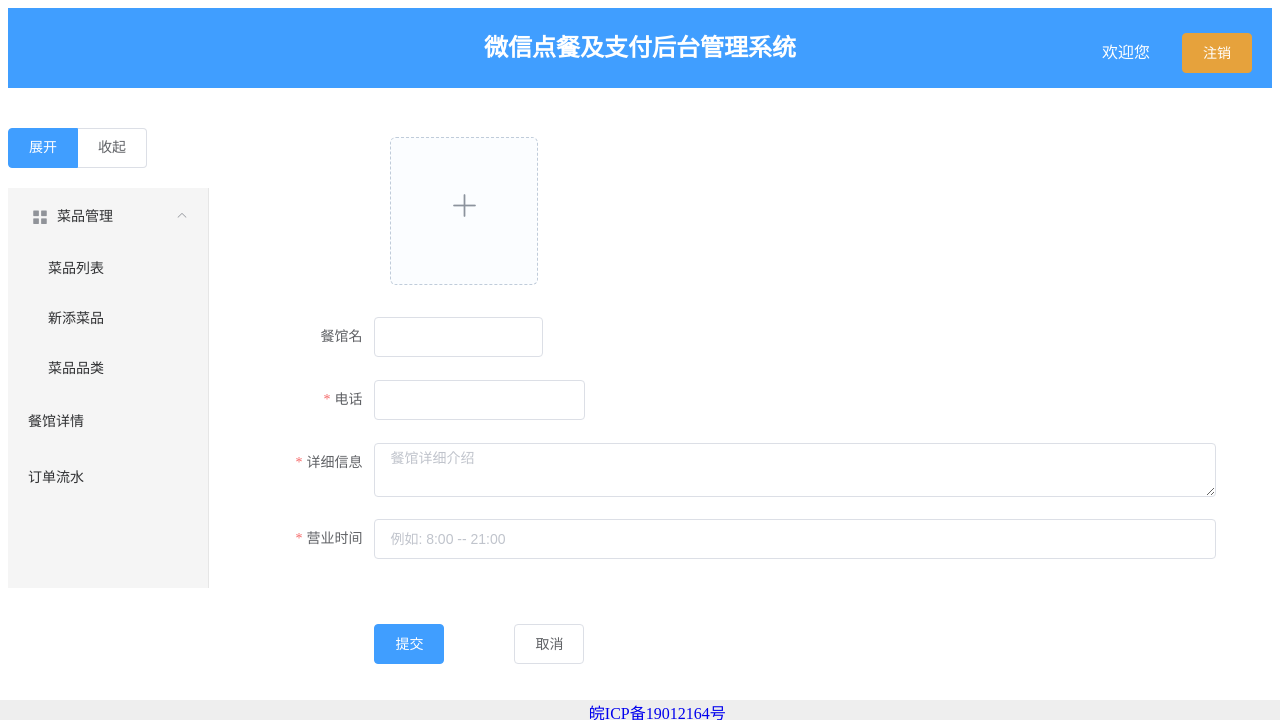
Repository: align-shi/order-web
Page: /pointpayment/hotelTable
An editor plug-in stored every save of this project. The page is shown before and after the next save, followed by the edit.
The browser window is 1280 px wide. The pictures show the whole page.
The page's requests for data from a server got no answer. The project was rebuilt for these pictures with package versions that can differ from the ones it lists, and the page was loaded fresh each time. No one was signed in, and anything a server would have sent is missing. Also part of the build but not shown: src/pages/login.vue.

Above is the page before, as saved 2020-03-11 21:05:22.

### index.html
<!DOCTYPE html>
<html>
  <head>
    <meta charset="utf-8">
    <meta name="viewport" content="width=device-width,initial-scale=1.0">
    <title>pointpayment_ele</title>
  </head>
  <body>
    <div id="app"></div>
    <!-- built files will be auto injected -->
  </body>
  <div style="position: fixed;left: 0px;bottom: 0px;width: 100%;height:20px;background-color: #eee;">
    <a href="http://www.beian.miit.gov.cn" target="_blank" style="margin-left: 46%">皖ICP备19012164号</a>
  </div>
</html>

### src/App.vue
<template>
  <div id="app">
    <transition name="fade" mode="out-in">
			<router-view></router-view>
		</transition>
  </div>
</template>

<script>
export default {
  name: 'App'
}
</script>

<style>
  .header{
    background-color: #409EFF;
    color: white;
    text-align: center;
  }
</style>

### src/pages/main.vue
<template>
    <div>
        <el-container>
            <el-header class="header" height="80px">
                <headers></headers>
            </el-header>
            <el-main>
                <!-- <span v-if="!user" class="loginFont">
                        <el-button type="success"  @click="login">点击登录</el-button>
                </span>   -->
                <div class="centerContent">
                    <transition name="fade" mode="out-in">
						<router-view></router-view>
					</transition>
                </div>

            </el-main>

            <el-aside>
                    <navMenuVue></navMenuVue>
            </el-aside>

        </el-container>

    </div>
</template>

<script>

    import headers from '../components/header.vue';
    import navMenuVue from '../components/NavMenu.vue';

    export default {

        created:function(){

        },
        methods: {
            login () {
                this.$router.replace('/login')
            },
            logout () {
                this.$store.dispatch('logout').then(() => {
                    this.$router.replace('/login')
                })
            },
            dataPath(){
                this.$router.replace('/dataTable')
            },
            getStatus (urlStr) {
                var urlStrArr = urlStr.split('/')
                return urlStrArr[urlStrArr.length - 1]
            }
        },

        computed: {
            user () {
                return this.$store.state.user
            }
        },
        components: {
            headers,
            navMenuVue,
            key() {
                return this.$route.name !== undefined? this.$route.name +new Date(): this.$route +new Date()
            }
         },
         watch:{
            '$route' (to, from) {
                // console.log(this.getStatus(this.$route.path))
             }
         }
    }
</script>
<style>

    .userContent{
        position: relative;
        top: -50px;
        float: right;
    }
    .centerContent{
        position: absolute;
        top: 19%;
        left:15%;
        width:80%;
    }
    .loginFont{
        top: 30%;
        position: absolute;
        left:46%;
    }
</style>

### src/components/createMenu.vue
<template>
    <div class="form">
          <el-upload
            class="upload"
            action=""
            list-type="picture-card"
            :on-preview="handlePictureCardPreview"
            :on-remove="handleRemove"
            :limit = 1
            :before-upload="UpladFile"
            >
            <!--  :on-change="saveFile"  :auto-upload="false"  :on-change="saveFile" :auto-upload="false" :before-upload="UpladFile" -->
            <i class="el-icon-plus"></i>
          </el-upload>
          <el-dialog :visible.sync="dialogVisible">
            <img width="100%" :src="dialogImageUrl" alt="">
          </el-dialog>

          <el-form :model="form" label-width="80px" :rules="formRules" ref="form">
            <el-form-item label="菜名" prop="dishes">
              <el-input v-model="form.dishes" auto-complete="off" style="width:40%"></el-input>
            </el-form-item>

            <el-form-item label="价格" prop="price">
              <el-input v-model="form.price" auto-complete="off" style="width:10%"></el-input>
            </el-form-item>

            <el-form-item label="菜品类别" prop="typeId">
              <el-select clearable  v-model="form.typeId" placeholder="菜品类别" autocomplete="off"
                      style="width: 30%">
              <el-option v-for="item in typeList" :key="item.id" :label="item.typeName"
                        :value="item.id"></el-option>
              </el-select>
            </el-form-item>
          </el-form>

        <div class="buttons">
            <el-button type="primary" @click.native="submit" :loading="submitLoading">提交</el-button>
            <el-button @click.native="clean" style="margin-left:5em;">取消</el-button>
        </div>

    </div>
</template>
<script>
    export default {

        data(){
            return{
                file:{},
                dialogVisible:false,
                dialogImageUrl:'',
                fileList:[],        //文件列表
                typeList:[],        //菜品类别表
                form: {             //提交表单
                  dishes:'',
                  price:'',
                  picture:'',
                  typeId:'',
                },
                submitLoading:false,
                uploadingFile:false,
                //表单验证
                formRules: {
                  dishes: [
                    { required: true, message: '请输入菜名', trigger: 'blur' },
                  ],
                  price: [
                    { required: true, message: '请输入价格', trigger: 'blur' },
                  ],
                  typeId:[
                    { required: true, message: '请输入菜品类别', trigger: 'blur' },
                  ],
                },
            }
        },
        created:function(){
            this.getTypeList()
        },
        methods: {
            // saveFile(file){
            //     this.file  = file.raw;
            //     this.fileList = [...this.fileList, this.file];
            // },
            submit(){
                this.$refs.form.validate((valid) => {
					if (valid) {
						this.$confirm('确认提交吗？', '提示', {}).then(() => {
                        this.submitLoading = true;
                        let para = Object.assign({}, this.form);
							// para.publishingDate = (!para.publishingDate || para.publishingDate == '') ? '':util.formatDate.format(new Date(para.publishingDate), 'yyyy-MM-dd');
                            this.submitMenu(para);
						});
					}
				});
            },
            submitMenu:function(para){
                // alert(JSON.stringify(para));
                this.$axios.post('/menu/insert',para).then((res) => {
                    if(res.data!=null){
                        this.$message.success('提交成功');
                    }
                    this.$refs['form'].resetFields();
                    this.editLoading = false;

                }).catch(function(error){
                        console.log(error);
                })
            },
            getTypeList(){
                this.$axios.post('/type/list').then((res) =>{
                this.typeList = res.data;
                })
            },
            handleRemove(file, fileList) {
                console.log(file, fileList);
            },
            handlePictureCardPreview(file) {
                this.dialogImageUrl = file.url;
                this.dialogVisible = true;
            },
            a(){

            },
            UpladFile(file){

                this.fileList = [...this.fileList,file];
                const formData = new FormData();
                var list = this.fileList;
                var that = this;
                list.forEach((file) => {
                    console.log(file);
                    formData.append('files',file);
                });

                formData.append('path','pic');
                this.$axios.post('/file/uploadFile',formData).then((res) => {
                    if(res.data!=null){
                        this.fileList= [];
                        this.form.picture = res.data[0];

                    }
                }).catch(function(error){
                    this.uploadingFile = false;
                })
                this.uploadingFile = false;
            }
        },
        computed: {

        }
    }
</script>
<style>
    .upload{
      margin-left: 6em;
      margin-bottom: 2em;
    }

    .form{
        margin-top:2%;
        margin-left:20%;
    }

    .buttons{
        margin-top:4em;
        margin-left:5em;
    }
</style>

### src/components/orderTable.vue
<template>
    <div>
        <div style="margin-bottom: 1em;">
            <el-col :span="2">
                <el-input v-model="order.tablenumber"  placeholder="请输入桌号名"></el-input>
            </el-col>

            <el-col :span="5" :offset="1">
                <el-input v-model="order.wxaccount"  placeholder="顾客微信名" ></el-input>
            </el-col>
            <el-button @click="search" icon="el-icon-search">搜索</el-button>
        </div>


        <el-table ref="multipleTable" :data="tableData.slice((currentPage-1)*pageSize,currentPage*pageSize)" border style="width: 100%"
            @selection-change="handleSelectionChange" :cell-style="cellStyle" :header-cell-style="rowClass">


            <el-table-column type="expand">
                <template slot-scope="props">
                    <el-form label-position="left" inline class="demo-table-expand">
                        <div>
                            <el-card class="box-card" shadow="hover" v-for="(item,i) in props.row.carts" :key="i"
                                style="float:left;margin-left:1em;margin-bottom:.5em;background-color:#F5F5F5">
                                菜品 : {{item.dishes}}   &#12288;&#12288;单价 : {{item.price}}    &#12288;&#12288;数量 : {{item.quantity}}
                            </el-card>
                        </div>

                    </el-form>
                </template>
            </el-table-column>

            <el-table-column prop="openId" label="用户标识" show-overflow-tooltip width="140"></el-table-column>
            <el-table-column prop="wxaccount" label="顾客微信名" align="center"></el-table-column>
            <el-table-column prop="tablenumber" label="桌号" show-overflow-tooltip width="200"></el-table-column>
            <el-table-column prop="money" label="总额(元)" width="100"></el-table-column>

            <el-table-column label="操作">
            <template slot-scope="scope">
                <el-button type="warning" plain @click="handleChangeStatus(scope.$index, scope.row)" v-show="scope.row.status == 1">
                  请求处理    <i class="el-icon-loading"></i>
                </el-button>
                <div v-show="scope.row.status == 2"> 已处理&#12288;<i class="el-icon-check"></i></div>
                <!-- <i class="el-icon-check" v-show="scope.row.status == 2"></i> -->
            </template>
          </el-table-column>
        </el-table>

        <el-pagination background
            @size-change="handleSizeChange"
            @current-change="handleCurrentChange"
            :current-page="currentPage"
            :page-sizes="[5,10,50, 100]"
            :page-size="pageSize"
            layout="total, sizes, prev, pager, next, jumper"
            :total="total">
        </el-pagination>
    </div>
</template>

<script>
export default {
    data(){
        return {

                total:5,
                currentPage: 1,
　　　　　　　　　pageSize: 5,

                msg:"",//记录每一条的信息，便于取id

                tableData: [],
                multipleSelection: [],
                order:{
                    tablenumber:null,
                    wxaccount:''
                }

        }
    },

    created: function(){
      this.getPackData();
    },

    mounted() {
			this.getPackData();
    },
    methods: {

      getPackData() {

        this.$axios({
            method: 'post',
            url: '/order/getListBy',
            data:{}
        }).then((res) => {
            this.tableData = res.data;
            this.total=this.tableData.length;
            // alert(JSON.stringify(res.data));
        }).catch(function(error){
            console.log(error);
        })

      },
      search(){
        this.$axios({
            method: 'post',
            url: '/order/getListBy',
            data:this.order
        }).then((res) => {
            this.tableData = res.data;
            this.total=this.tableData.length;
            // alert(JSON.stringify(res.data));
        }).catch(function(error){
            console.log(error);
        })
      },
      toggleSelection(rows) {
          if (rows) {
              rows.forEach(function(row)  {
                  this.$refs.multipleTable.toggleRowSelection(row);
              });
          } else {
              this.$refs.multipleTable.clearSelection();
          }
      },
      handleSelectionChange(val) {
          this.multipleSelection = val;
      },
      callbackFunction(result) {
                alert(result + "aaa");
            },
      handleSizeChange(val){
        this.pageSize = val;
        this.currentPage = 1;
        // this.fetchData(1, val);
        // console.log(`每页 ${val} 条`);
      },
      handleCurrentChange(val){
        this.currentPage = val;
        // this.fetchData(val, this.pageSize);
        // console.log(`当前页: ${val}`);
      },
      cellStyle({row,column,rowIndex,columnIndex}){
        return "text-align:center;"
      },
      rowClass({row,rowIndex}){
        return "text-align:center;"
      },

      handleChangeStatus:function(index,row){

        this.$axios({
            method: 'post',
            url: '/order/handleOrder',
            params:{id:row.id}
        }).then((res) =>{
          if(res.data == true){
            this.$message.success('处理成功');
          }
          row.status = 2;
        }).catch(function(error){
          console.log(error)
          that.$message.error('处理失败')
        })

      }

    }

}
</script>
<style>
    .el-table th {
        text-align: center;
    }

    /* .el-table tbody tr td:first-child {
        text-align: center;
    } */
    .upload{
      margin-left: 6em;
      margin-bottom: 2em;
    }
</style>

### src/components/hotelTable.vue
<template>
    <div class="form">

        <el-upload
            class="upload"
            action=""
            list-type="picture-card"
            :on-preview="handlePictureCardPreview"
            :on-remove="handleRemove"
            :limit = 1
            :before-upload="UpladFile"
            >
            <!--  :on-change="saveFile"  :auto-upload="false"  :on-change="saveFile" :auto-upload="false" :before-upload="UpladFile" -->
            <i class="el-icon-plus"></i>
        </el-upload>
        <el-dialog :visible.sync="dialogVisible">
            <img width="100%" :src="dialogImageUrl" alt="">
        </el-dialog>

        <el-form :model="form" label-width="80px" :rules="formRules" ref="form">
            <el-form-item label="餐馆名" prop="name">
                <el-input v-model="form.dishes" auto-complete="off" style="width:20%"></el-input>
            </el-form-item>

            <el-form-item label="电话" prop="price">
                <el-input v-model="form.price" auto-complete="off" style="width:25%"></el-input>
            </el-form-item>

            <el-form-item label="详细信息" prop="price">
                <el-input type="textarea" rows="2" placeholder="餐馆详细介绍" v-model="textarea">
                </el-input>
            </el-form-item>

            <el-form-item label="营业时间" prop="price">
                <el-input  placeholder="例如: 8:00 -- 21:00" v-model="textarea">
                </el-input>
            </el-form-item>

        </el-form>

        <div class="buttons">
            <el-button type="primary" @click.native="submit" :loading="submitLoading">提交</el-button>
            <el-button @click.native="clean" style="margin-left:5em;">取消</el-button>
        </div>
    </div>
</template>
<script>
    export default {

        data(){
            return{
                file:{},
                dialogVisible:false,
                dialogImageUrl:'',
                fileList:[],        //文件列表
                typeList:[],        //菜品类别表
                form: {             //提交表单
                  dishes:'',
                  price:'',
                  picture:'',
                  typeId:'',
                },
                submitLoading:false,
                uploadingFile:false,
                //表单验证
                formRules: {
                  dishes: [
                    { required: true, message: '请输入菜名', trigger: 'blur' },
                  ],
                  price: [
                    { required: true, message: '请输入价格', trigger: 'blur' },
                  ],
                  typeId:[
                    { required: true, message: '请输入菜品类别', trigger: 'blur' },
                  ],
                },
            }
        },
        created:function(){
            this.getTypeList()
        },
        methods: {
            // saveFile(file){
            //     this.file  = file.raw;
            //     this.fileList = [...this.fileList, this.file];
            // },
            submit(){
                this.$refs.form.validate((valid) => {
					if (valid) {
						this.$confirm('确认提交吗？', '提示', {}).then(() => {
                        this.submitLoading = true;
                        let para = Object.assign({}, this.form);
							// para.publishingDate = (!para.publishingDate || para.publishingDate == '') ? '':util.formatDate.format(new Date(para.publishingDate), 'yyyy-MM-dd');
                            this.submitMenu(para);
						});
					}
				});
            },
            submitMenu:function(para){
                // alert(JSON.stringify(para));
                this.$axios.post('/menu/insert',para).then((res) => {
                    if(res.data!=null){
                        this.$message.success('提交成功');
                    }
                    this.$refs['form'].resetFields();
                    this.editLoading = false;

                }).catch(function(error){
                        console.log(error);
                })
            },
            getTypeList(){
                this.$axios.post('/type/list').then((res) =>{
                this.typeList = res.data;
                })
            },
            handleRemove(file, fileList) {
                console.log(file, fileList);
            },
            handlePictureCardPreview(file) {
                this.dialogImageUrl = file.url;
                this.dialogVisible = true;
            },
            a(){

            },
            UpladFile(file){

                this.fileList = [...this.fileList,file];
                const formData = new FormData();
                var list = this.fileList;
                var that = this;
                list.forEach((file) => {
                    console.log(file);
                    formData.append('files',file);
                });

                formData.append('path','pic');
                this.$axios.post('/file/uploadFile',formData).then((res) => {
                    if(res.data!=null){
                        this.fileList= [];
                        this.form.picture = res.data[0];

                    }
                }).catch(function(error){
                    this.uploadingFile = false;
                })
                this.uploadingFile = false;
            }
        },
        computed: {

        }
    }
</script>
<style>
    .upload{
      margin-left: 6em;
      margin-bottom: 2em;
    }

    .form{
        margin-top:0%;
        margin-left:10%;
    }

    .buttons{
        margin-top:4em;
        margin-left:5em;
    }
</style>

### src/components/header.vue
<template>
    <div id="header">
        <h2>微信点餐及支付后台管理系统</h2>
        <div class="userContent">
            <span>
                <label>欢迎您</label>&nbsp;&nbsp;&nbsp;{{this.username}}&nbsp;&nbsp;&nbsp;&nbsp;
                <el-button type="warning"  @click="login" style="">注销</el-button>
            </span>
        </div>
    </div>
</template>

<script>
    export default {

        data(){
            return{
                username:''
            }
        },
        created:function(){
            this.username=this.getUserName();
        },
        methods: {
            login () {
                this.$router.replace('/login')
            },
            logout () {
                this.$store.dispatch('logout').then(() => {
                    this.$router.replace('/login')
                })
            },
            dataPath(){
                this.$router.replace('/dataTable')
            },
            getUserName(){
                if (document.cookie.length > 0) {
                    var arr = document.cookie.split('; '); //这里显示的格式需要切割一下自己可输出看下
                    for (var i = 0; i < arr.length; i++) {
                        var arr2 = arr[i].split('='); //再次切割
                        if (arr2[0] == 'userName') {
                            return arr2[1];
                        }
                    }
                }
            }
        },
        computed: {
            user () {
                return this.$store.state.user
            }
        }
    }
</script>
<style>
    .userContent{
        position: relative;
        top: -40px;
        float: right;
    }
</style>

### src/components/NavMenu.vue
<template>
    <div id="navMenu">
        <el-radio-group v-model="isCollapse" style="margin-bottom: 20px;">
            <el-radio-button :label="false">展开</el-radio-button>
            <el-radio-button :label="true">收起</el-radio-button>
        </el-radio-group>

         <el-menu default-active="1" class="el-menu-vertical-demo"
            @open="handleOpen" @close="handleClose" :collapse="isCollapse" @select="handleSelect" :router="true"
            background-color="#F5F5F5">

            <el-submenu v-for="(item,i) in navList" :key="'1'+i" v-show="item.second" :index="item.name">
                <template slot="title">
                    <i class="el-icon-menu"></i>
                    <span>{{ item.navItem}}</span>
                </template>
                <el-menu-item v-for="(sec,j) in item.second" :key="j" :index="sec.name">{{sec.navItem}}</el-menu-item>
            </el-submenu>

            <el-menu-item v-for="(item,i) in navList" :key="i" v-show="!item.second" :index="item.name">
            {{ item.navItem }}
            </el-menu-item>


        </el-menu>
    </div>
</template>

<script>
    export default {
        data() {
            return {
                isCollapse: false,
                navList:[
                    {name:'/hotelTable',navItem:'餐馆详情'},
                    {name:'/orderTable',navItem:'订单流水'},
                    {name:'1',navItem:'菜品管理',
                        second:[{name:'/menuTable',navItem:'菜品列表'},
                                {name:'/createMenu',navItem:'新添菜品'},
                                {name:'/typeTable',navItem:'菜品品类'}]},
                ]
            };
        },
        created:function(){

        },
        methods: {
            handleOpen(key, keyPath) {
                // console.log(key, keyPath);
            },
            handleClose(key, keyPath) {
                // console.log(key, keyPath);
            },
            handleSelect(key, keyPath) {
                // console.log(key, keyPath);
                this.$router.push(key);
            }
        }
  }
</script>
<style>
    .el-menu-vertical-demo:not(.el-menu--collapse) {
        width: 200px;
        min-height: 400px;
    }
</style>

Loaded but not shown: src/router/index.js (45 lines, source omitted); src/main.js (27 lines, source omitted); src/components/menuTable.vue (352 lines, source omitted); src/components/typeTable.vue (306 lines, source omitted)

After the next save:
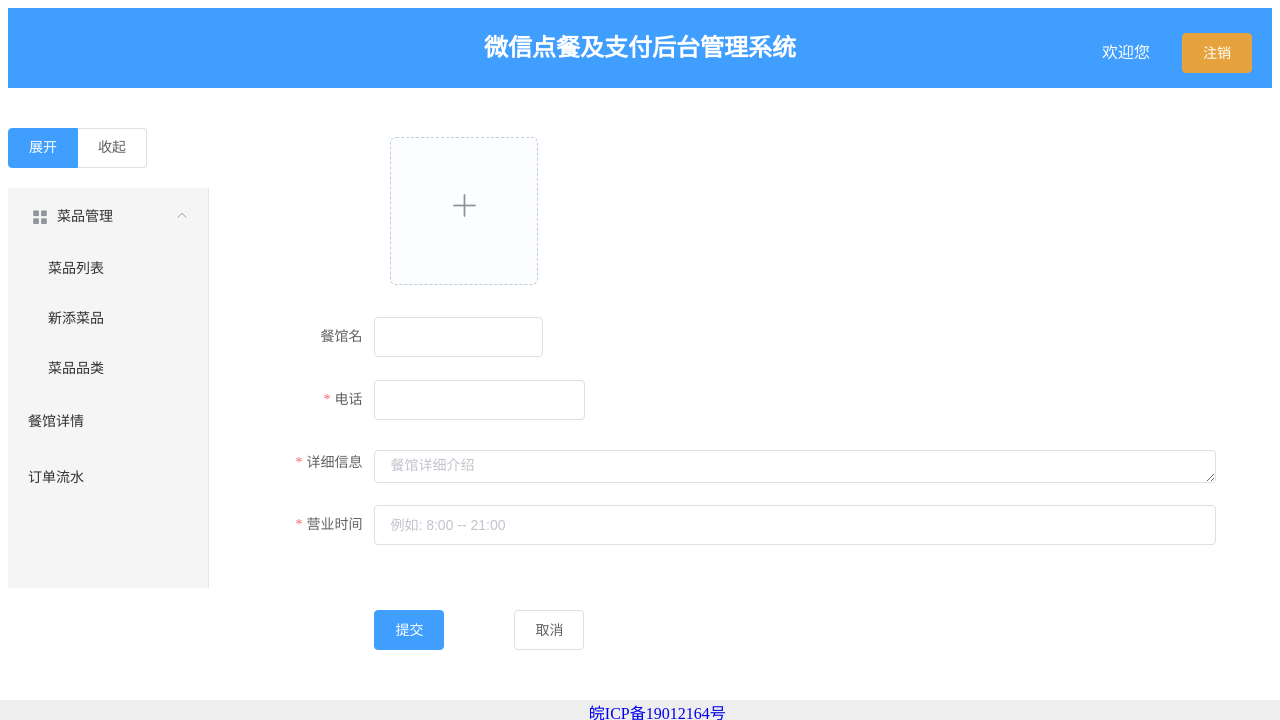
Saved 6 min 11 s later.
--- a/src/components/hotelTable.vue
+++ b/src/components/hotelTable.vue
@@ -27,7 +27,7 @@
             </el-form-item>
 
             <el-form-item label="详细信息" prop="price">
-                <el-input type="textarea" rows="2" placeholder="餐馆详细介绍" v-model="textarea">
+                <el-input type="textarea" autosize placeholder="餐馆详细介绍" v-model="textarea">
                 </el-input>
             </el-form-item>
 
